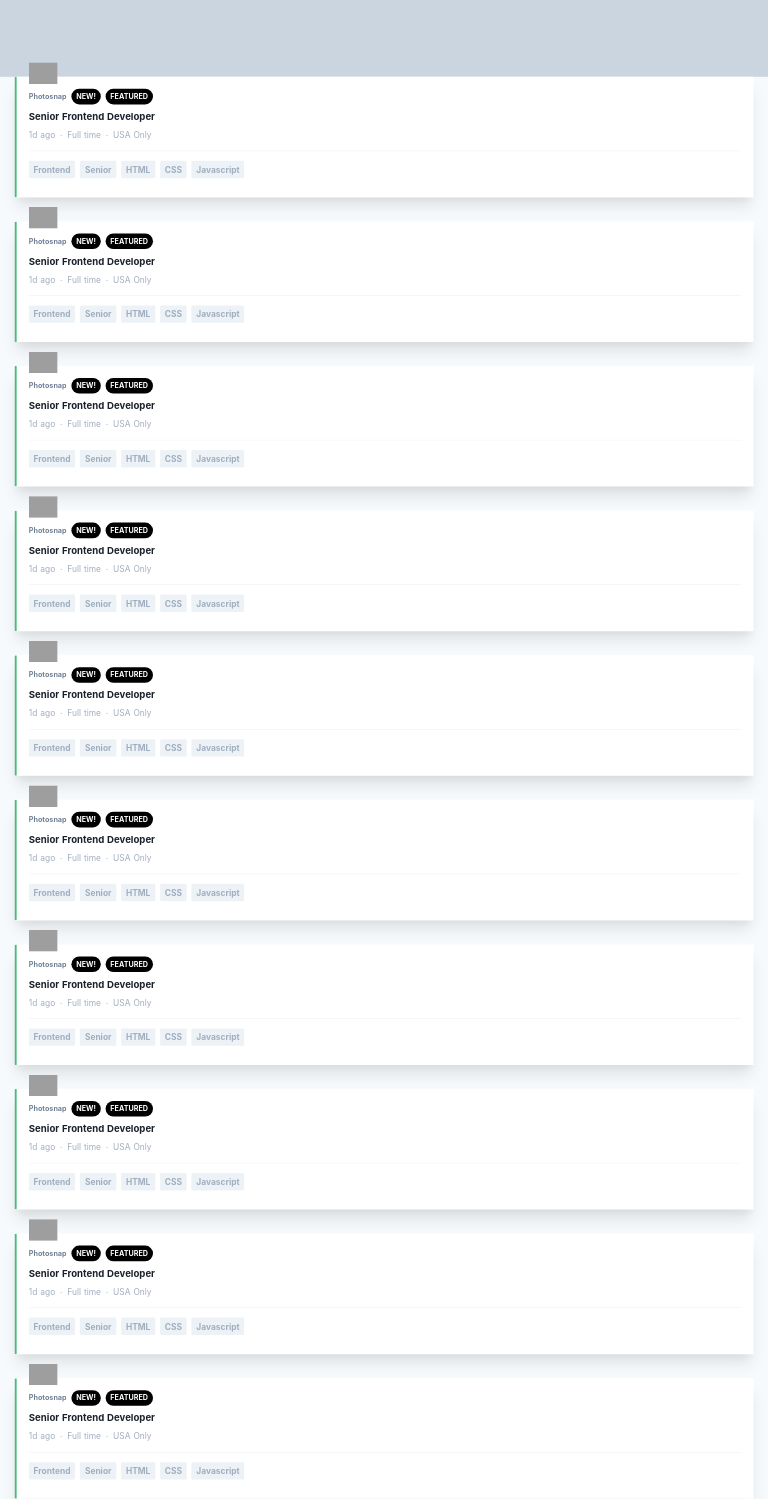
Repository: asongdon/frontendmentor-joblisting
Page: /
These files come from the project's save history. The page is drawn as it stood at one moment and after the next save; the edit follows.
The browser window is 1280 px wide. The pictures show the whole page, at 60% of full size.
Pictures or frames that could not be fetched are drawn as grey boxes. The project was rebuilt for these pictures with package versions that can differ from the ones it lists, and the page was loaded fresh each time. The framework's server and built-in components were replaced by stand-ins that run in the browser. Also part of the build but not shown: nuxt.config.js.

Above is the page before, as saved 2020-04-12 21:09:28.

After the next save:
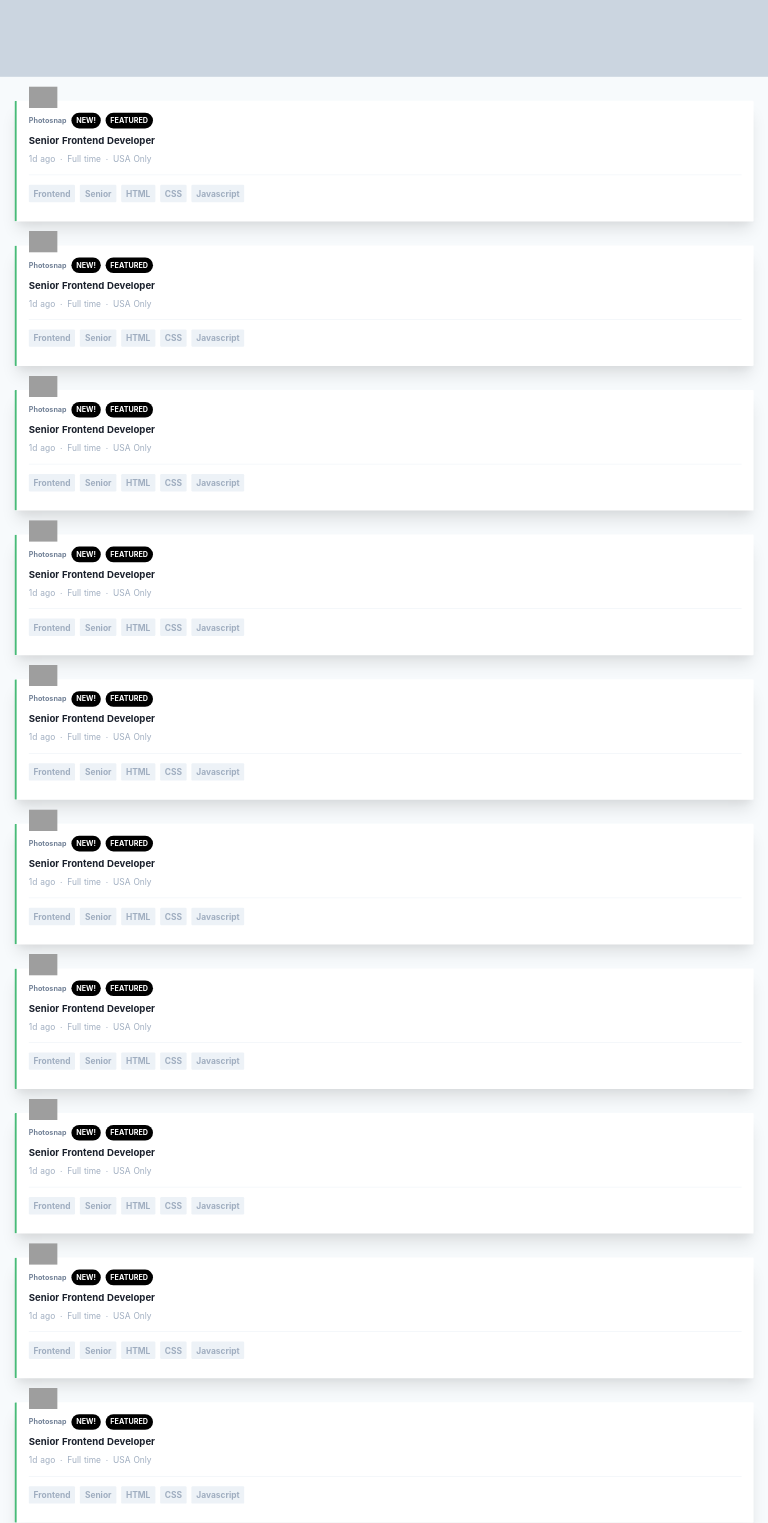
Saved 10 s later.
--- a/pages/index.vue
+++ b/pages/index.vue
@@ -1,5 +1,5 @@
 <template>
-  <div>
+  <div class="mt-10">
     <div class="container px-6" v-for="item in data" :key="data.id">
       <Maincard />
     </div>
